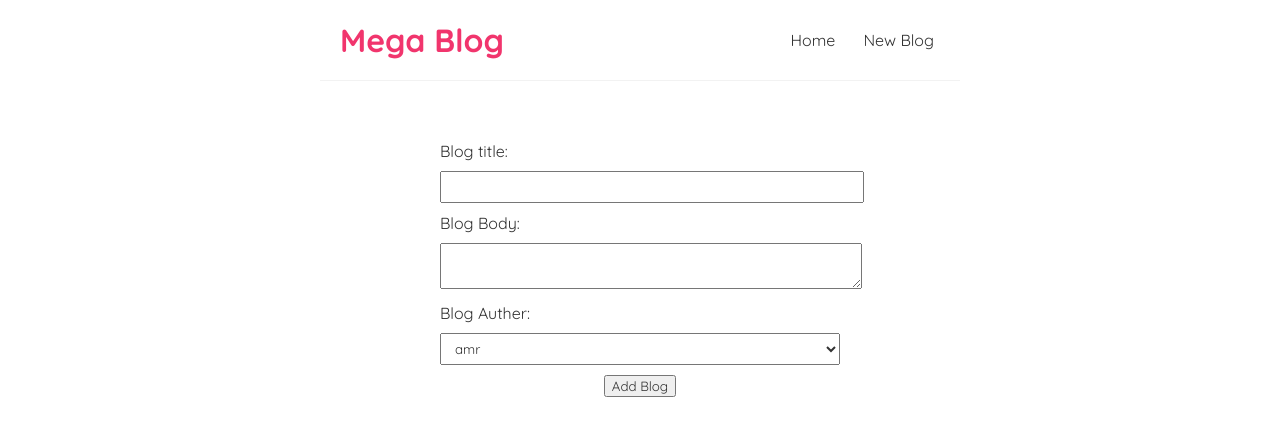
Repository: Amr-Hendawy/blog
Page: /create
These files come from the project's save history. The page is drawn as it stood at one moment and after the next save; the edit follows.
The browser window is 1280 px wide. The pictures show the whole page.
The project was rebuilt for these pictures with package versions that can differ from the ones it lists, and the page was loaded fresh each time. A package was used in the major version that the imports need, not the one package.json lists. Also part of the build but not shown: src/Components/BlogList/BlogList.js, src/Components/Home/Home.css, src/Components/useFetch/useFetch.js, src/Components/Home/Home.js, src/Components/BlogDetails/BlogDetails.js.

Above is the page before, as saved 2022-11-09 19:48:37.

After the next save:
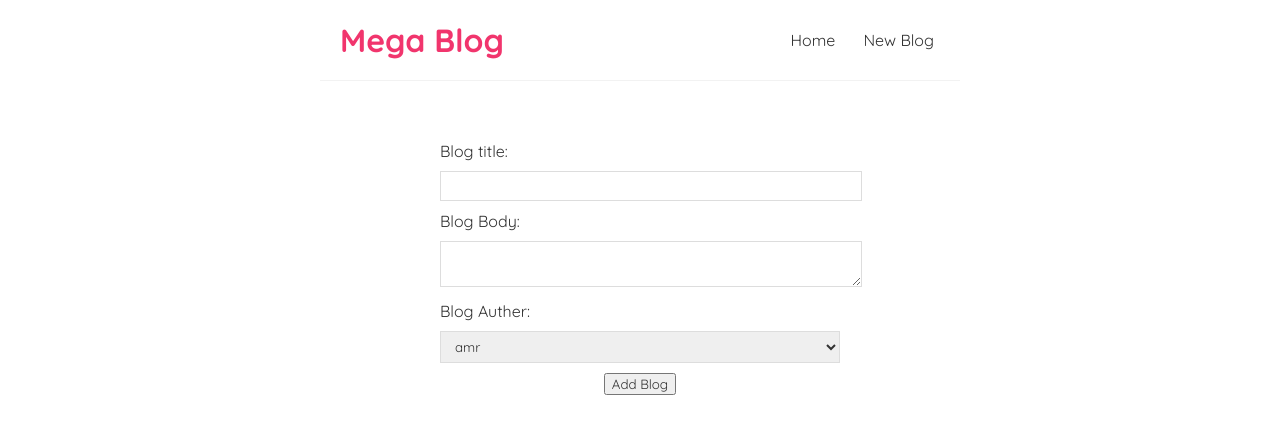
Saved 8 s later.
--- a/src/index.css
+++ b/src/index.css
@@ -73,4 +73,5 @@
   width: 100%;
   padding: 6px 10px;
   margin: 10px 0;
+  border: 1px solid #ddd;
 }
